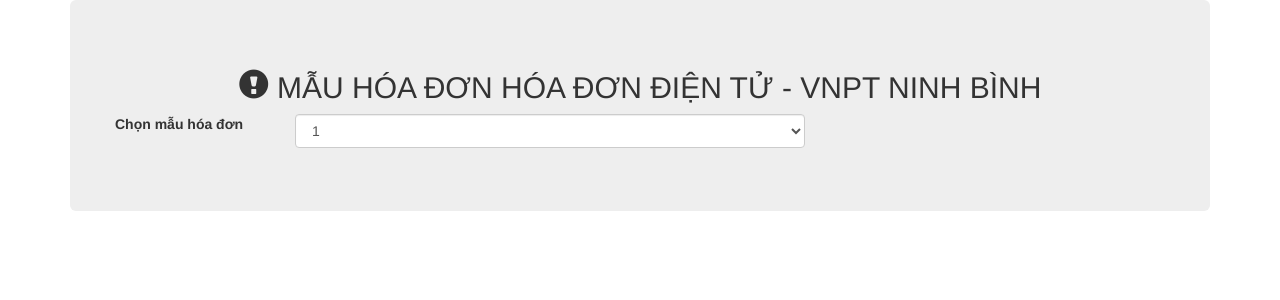
Repository: hoadonvnptninhbinh/hoadonvnptninhbinh
Page: index.html
An editor plug-in stored every save of this project. The page is shown before and after the next save, followed by the edit.
The browser window is 1280 px wide. The pictures show the whole page.

Above is the page before, as saved 2020-04-07 14:26:25.

After the next save:
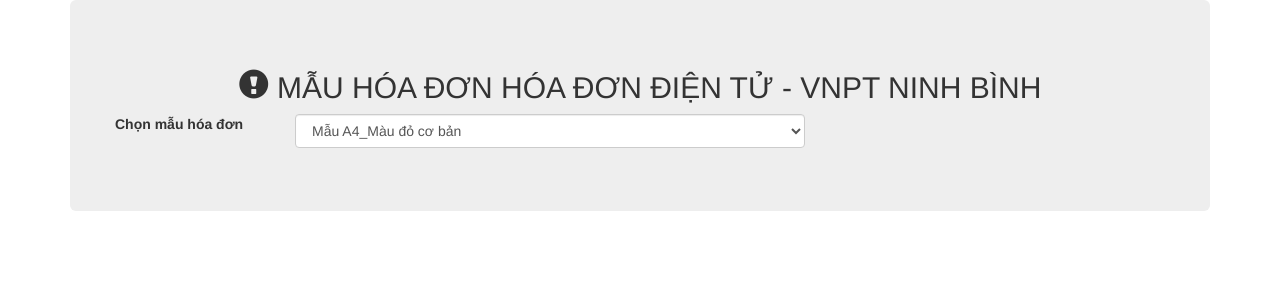
Saved 64 s later.
--- a/index.html
+++ b/index.html
@@ -21,10 +21,19 @@
                     <label for="inputPassword" class="col-sm-2 col-form-label">Chọn mẫu hóa đơn</label>
                     <div class="col-sm-6">
                         <select class="form-control" id="sel1">
-                            <option>1</option>
-                            <option>2</option>
-                            <option>3</option>
-                            <option>4</option>
+                            <option>Mẫu A4_Màu đỏ cơ bản</option>
+                            <option>Mẫu A4_Màu đỏ cơ bản 02</option>
+                            <option>Mẫu A4_Màu đỏ hoa văn</option>
+                            <option>Mẫu A4_Màu đỏ trống đồng</option>
+                            <option>Mẫu A4_Màu đồng hoa văn</option>
+                            <option>Mẫu A4_Màu đỏ trống đồng</option>
+                            <option>Mẫu A4_Màu đỏ trống đồng</option>
+                            <option>Mẫu A4_Màu đỏ trống đồng</option>
+                            <option>Mẫu A4_Màu đỏ trống đồng</option>
+                            <option>Mẫu A4_Màu đỏ trống đồng</option>
+                            <option>Mẫu A4_Màu đỏ trống đồng</option>
+                            <option>Mẫu A4_Màu đỏ trống đồng</option>
+                            <option>Mẫu A4_Màu đỏ trống đồng</option>
                           </select>
                     </div>
                 </div>
